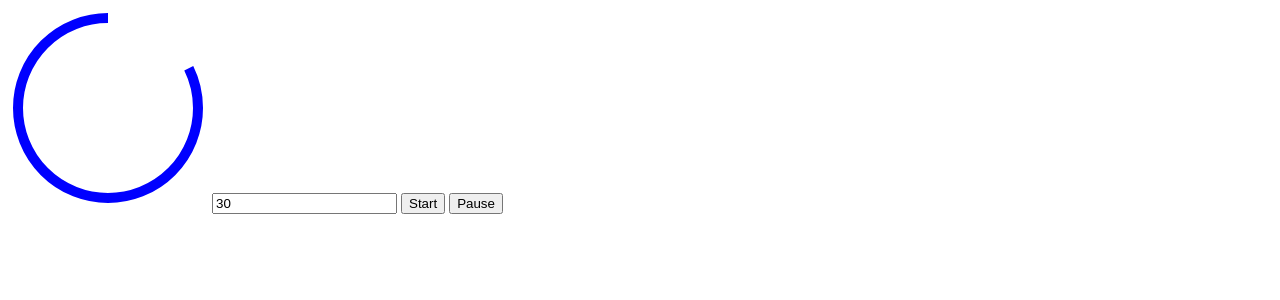
Repository: zhapar/JS-Bootcamp
Page: 1. Timer/index.html
These files come from the project's save history. The page is drawn as it stood at one moment and after the next save; the edit follows.
The browser window is 1280 px wide. The pictures show the whole page.

Above is the page before, as saved 2020-07-09 17:01:07.
Console error: TypeError: Math.PI is not a function

After the next save:
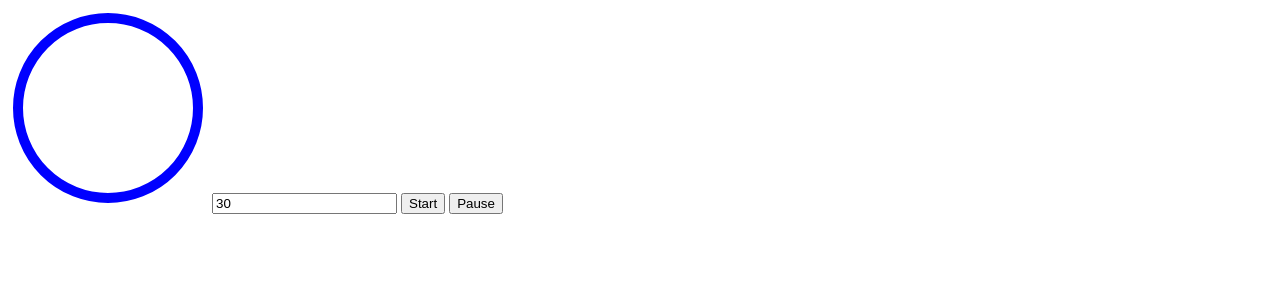
Saved 11 s later.
--- a/1. Timer/index.html
+++ b/1. Timer/index.html
@@ -15,8 +15,6 @@
         fill="transparent"
         stroke="blue"
         stroke-width="10"
-        stroke-dasharray="565"
-        stroke-dashoffset="-100"
         transform="rotate(-90 100 100)"
       />
     </svg>
